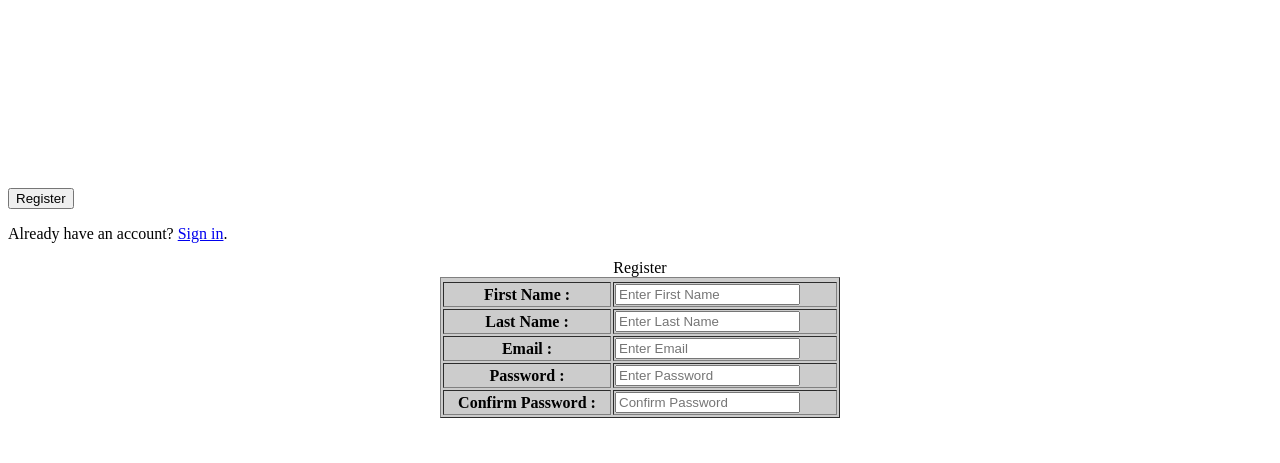
Repository: 1919satya/Mode2
Page: sample/sample/WebContent/sample.html
The author's editor kept a copy of each file at every save. The page is drawn from the files as they stood at one save, then again after the next save.
The browser window is 1280 px wide. The pictures show the whole page.

Above is the page before, as saved 2019-10-09 10:12:07.

After the next save:
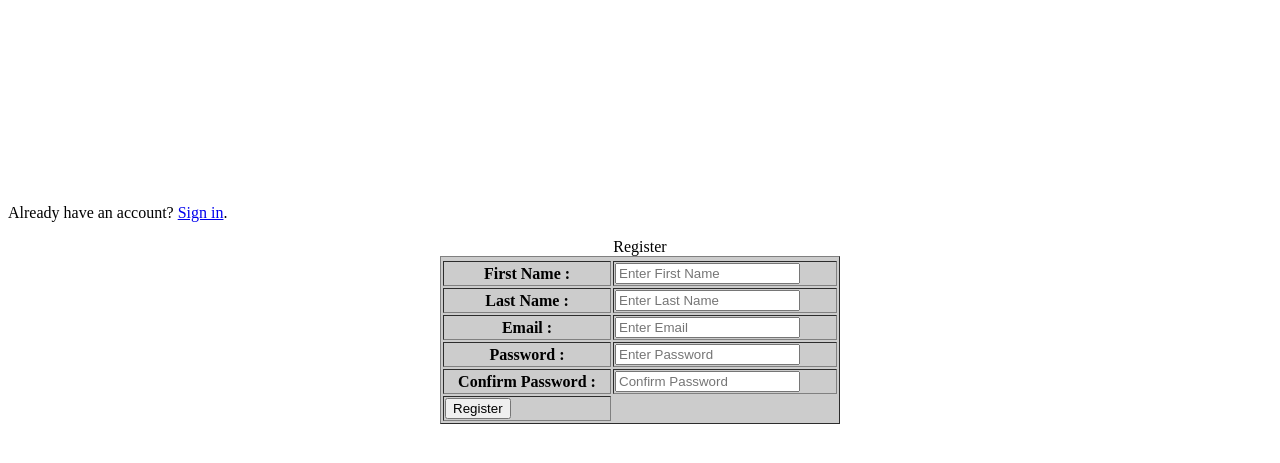
Saved 100 s later.
--- a/sample/sample/WebContent/sample.html
+++ b/sample/sample/WebContent/sample.html
@@ -35,7 +35,9 @@
     <th>Confirm Password :</th>
     <td><input type="password" placeholder="Confirm Password" name="psw-repeat" required></td> <br/><br/>
    </tr>
-    <button type="submit" class="registerbtn">Register</button>
+   <tr>
+    <td><button type="submit" class="registerbtn">Register</button></td>
+    </tr>
 
   </div>
 
